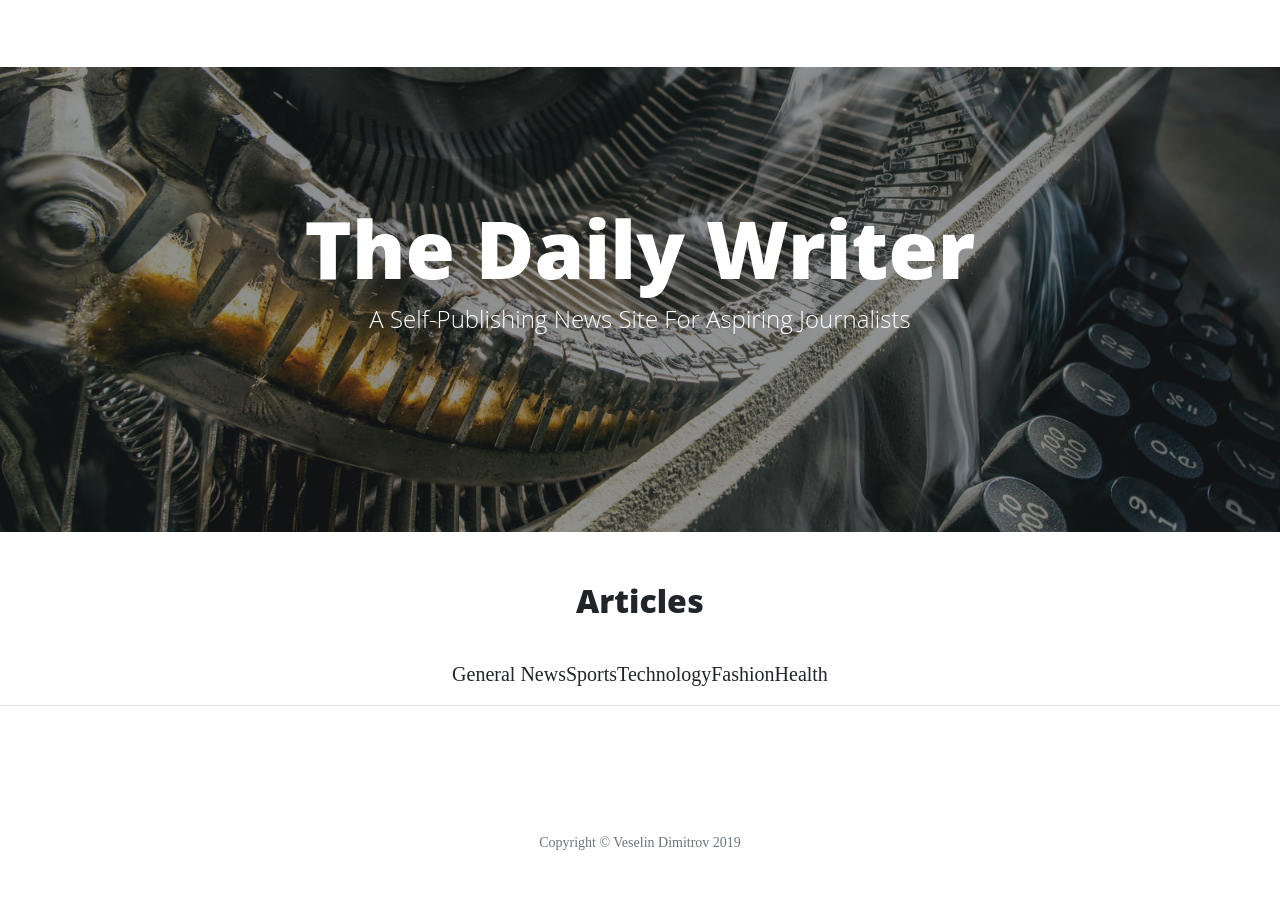
Repository: Vesss/Blog-Project
Page: http://localhost/articles
The author's editor kept a record of every edit. The page is drawn from the files as they stood at one moment, then again after the next edit.
The browser window is 1280 px wide. The pictures show the whole page.
The page is served by the project's application, run on Flask 3 (app.py).

Above is the page before.

After the next edit:
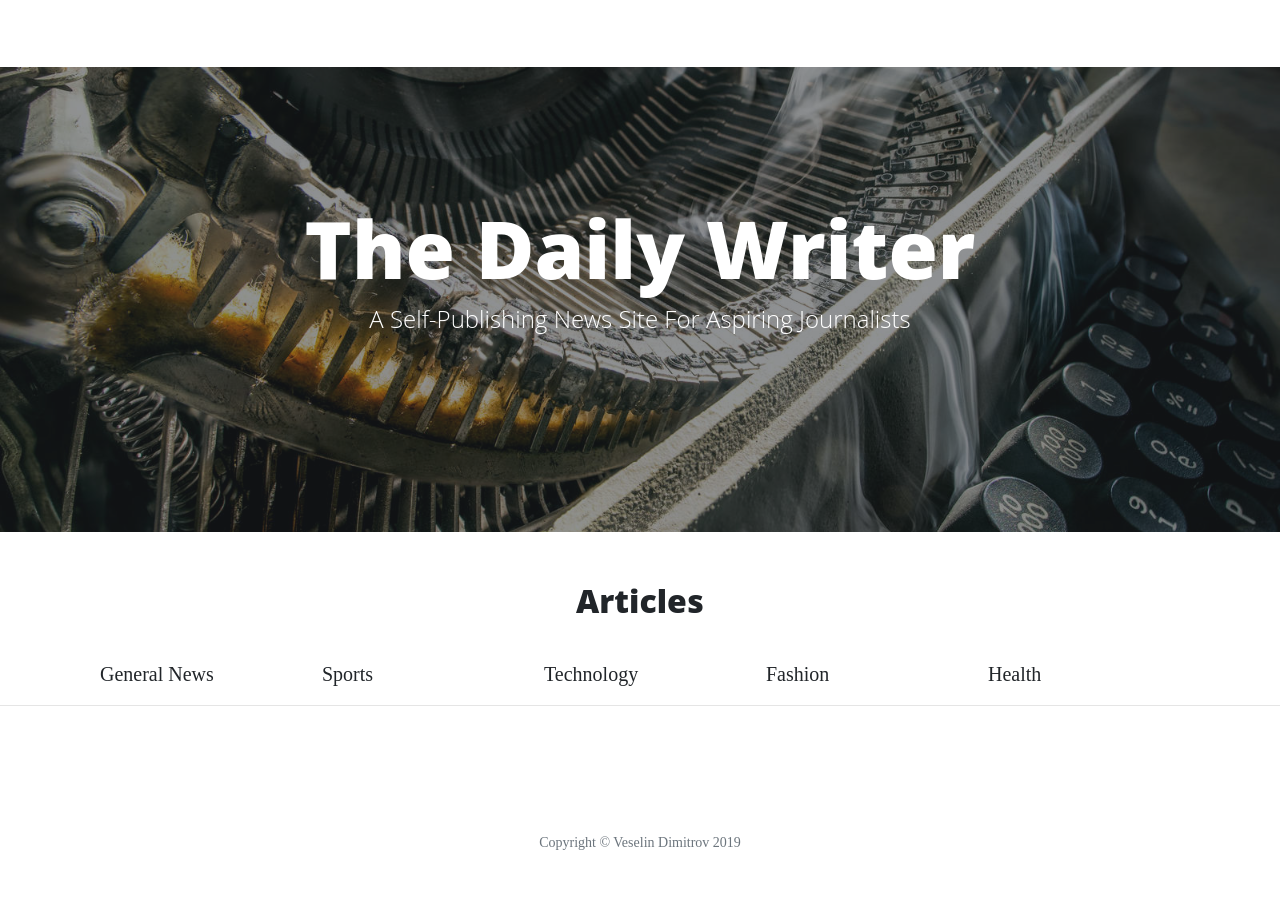
The edit:
--- a/templates/articles.html
+++ b/templates/articles.html
@@ -6,11 +6,11 @@
     </div>
     <br />
     <div class="row justify-content-center">
-        <a href="">General News</a>
-        <a href="">Sports</a>
-        <a href="">Technology</a>
-        <a href="">Fashion</a>
-        <a href="">Health</a>
+        <a href="" class="col">General News</a>
+        <a href="" class="col">Sports</a>
+        <a href="" class="col">Technology</a>
+        <a href="" class="col">Fashion</a>
+        <a href="" class="col">Health</a>
     </div>
 </div>
 {% endblock %}
